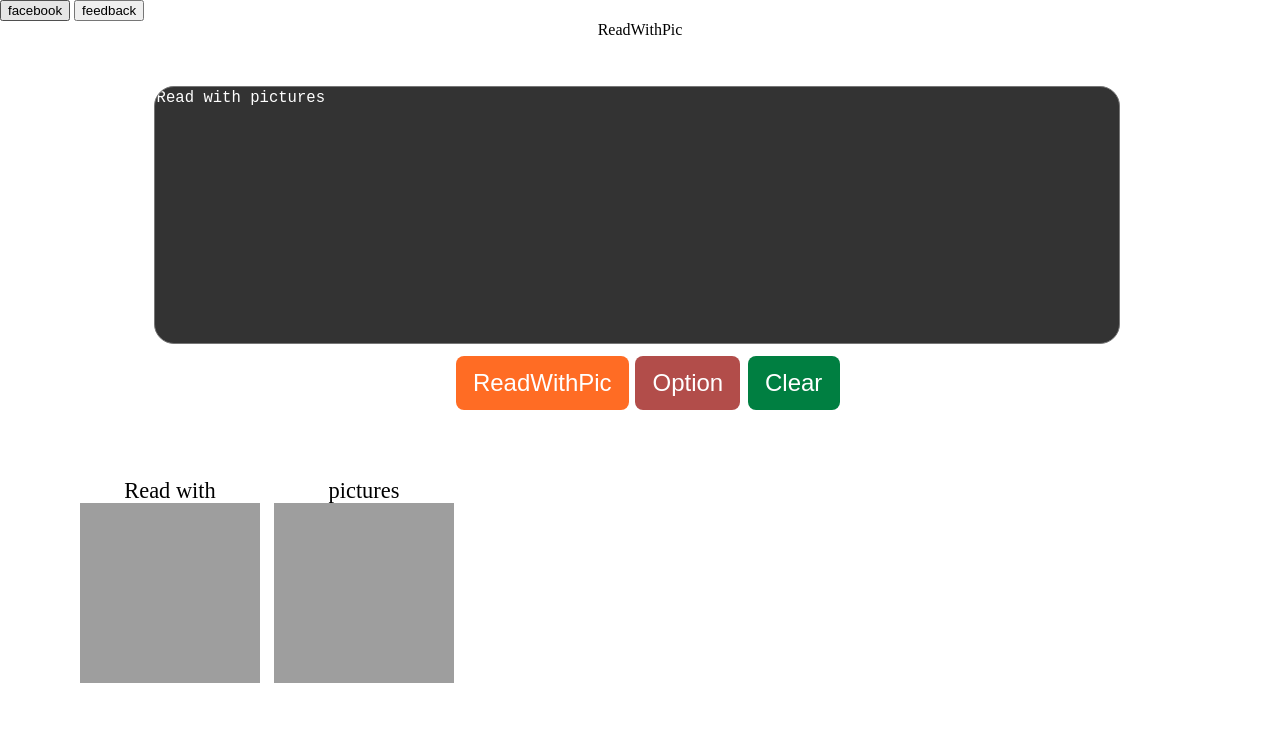
Repository: readwithpic/readwithpic.github.io
Page: index.html
The author's editor kept a record of every edit. The page is drawn from the files as they stood at one moment, then again after the next edit.
The browser window is 1280 px wide. The pictures show the whole page.
Pictures or frames that could not be fetched are drawn as grey boxes. Some web libraries are served in a nearby version.

Above is the page before.
Console error: TypeError: Cannot read properties of undefined (reading 'length')

### index.html
<!DOCTYPE html>
<html>

    <head>
        <meta charset="utf-8">
        <link rel="stylesheet" type="text/css" href="style.css" />
        <script src="https://ajax.googleapis.com/ajax/libs/jquery/2.1.3/jquery.min.js"></script>
        <script type="text/javascript" src="jscript.js"></script>
    </head>

    <body>
        <!-- <button type="button" id="feedback">Feedback</button>-->
        <!--Facebook Code-->
        <div class="social">
            <button type="button" class="facebook" onclick="window.open('https://www.facebook.com/readwithpic','_blank')">facebook
            </button>
            <button type="button" class="feedback"  onclick="window.open('https://www.facebook.com/readwithpic','_blank')">feedback
            </button>
        </div>
        <div class="logo"><a href="http://readwithpic.github.io" class="linkColor">ReadWithPic</a>
        </div>
        <div id="textBox">
            <div>
                <button type="button" id="roundB">
                    <p class="msg">R..</p>
                </button>
                <button type="button" id="closeB">
                    <p class="msg">X</p>
                </button>
            </div>
            <div>
                <textarea rows="10" cols="80" id="textInput" name="texthere">Read with pictures</textarea>
            </div>
            <div class="optionBox">
                <form action="#">
                    <div id="checkboxP">
                        <input type="checkbox" name="option" id="funny">
                        <label for="funny"><span class="cText"> Humour</span></label>
                    </div>
                    <div id="divAni">
                        <input type="checkbox" name="option" id="ani">
                        <label for="ani"><span class="cText">Animation</span></label>
                    </div>
                </form>
            </div>
            <div class="mainGroup">
                <div class="group">
                    <div id="buttonSpin">
                        <div class="spinner">
                            <div class="bounce1"></div>
                            <div class="bounce2"></div>
                            <div class="bounce3"></div>
                        </div>
                    </div>
                    <button type="button" id="convert">ReadWithPic</button>
                    <button type="button" id="option"><span id='optionText'>Option</span><span id='optionClose'>X</span></button>
                    <button type="button" id="clear">Clear</button>
                </div>
            </div>
        </div>
        <div class="front">
            <ul>
                <li class="showIt">
                    <figure>
                        <img src="http://www.auburn.edu/academic/education/reading_genie/navig/read.gif" height=180 width=180>
                        <figcaption>
                            <p class='withPic'>Read with</p>
                        </figcaption>
                    </figure>
                </li>
                <li class="showIt">
                    <figure>
                        <img src="https://pbs.twimg.com/profile_images/425063504039538688/sO0mRdKW.jpeg" height=180 width=180>
                        <figcaption>
                            <p class='withPic'>pictures</p>
                        </figcaption>
                    </figure>
                </li>
            </ul>
        </div>
        <!--debug <button type="button" id="loadme">Load</button>
            <button type="button" id="debug">debug</button>
           -->
        <div id="display">
            <ul>
                <li id="listLoad">
                    <div id="loadingSpin">
                        <div class="spinner">
                            <div class="bounce1"></div>
                            <div class="bounce2"></div>
                            <div class="bounce3"></div>
                        </div>
                    </div>
                </li>
            </ul>
        </div>
        <div><span id="sDebug"> </span><span id="what"></span>
        </div>
    </body>

</html>

### style.css
html, body { height: 100%; width: 100%; margin: 0; }


.logo{
    text-align:center;
    cursor:hand;
}

a:link {
    text-decoration: none;
}

a:visited {

    text-decoration: none;
}

a:hover {
    text-decoration: none;
}

a:active {
    text-decoration: none;

}
.linkColor{
    color:black;
}
#facebook{
   cursor:pointer;
   text-align:center;
   background-color: #3763A8;
   color: white;
   font-size: 1.2em;
   text-decoration: none;
   padding: 0.1% 0.1% ;
   border: none;
}

#facebook:hover{
    background-color:#3b5998;
}

#facebook:active{
    background-color:#3763A8;
}

#feedback{
   cursor:pointer;
   text-align:center;
   background-color: #BF4572;
   color: white;
   font-size: 1.2em;
   text-decoration: none;
   padding: 0.1% 0.1% ;
   border: none;

}

#feedback:hover{
    background-color:#7F2E4C;
}

#feedback:active{
    background-color:#BF4572;
}

.fb-like{
    width:200px;
}

li {
    display: inline-block;
    text-align:center;
    height:250px;
    padding-left:-100px;
}

.showIt{
    display:inline-block;
}

img{
    margin-right:-70px;
    float:left;
    padding:0px 0px 0px 0px;
}

#searchbox {
    width:600px;
    height:200px;
}

p {
 display:inline;
}

.withPic{
    font-size:1.4em;
    position:relative;
    left:35px;
    top:-205px;
    z-index:-1;
}
.onlyText{
 margin-left:4px;
}

#sDebug{
    background-color:brown;
}

#what{
    background-color:red;
}

/*half page div box */
#textBox{
  position:absolute;
  width:100%;
  height:50%;
}

textarea{
    -webkit-overflow-scrolling: touch;
}

#textInput{
    color:white;
    font-size:1.2em;
    position:absolute;
    display:block;
    resize:none;
    top:13%;
    left:12%;
    width:75%;
    height:70%;
    background-color:#333333;
    -moz-border-radius: 10px;
    -webkit-border-radius: 10px;
    border-radius: 20px;

}

#textInput:focus{
  border-color: #FF6C24;
  outline:none;
}

.front{
    position:relative;
    top:60%;
}

.optionBox{
    position:fixed;
    top:14%;
    background-color:#B24D4A;
    width:190px;
    height:90px;
    color:white;
    border-top-right-radius:20px;
    border-bottom-right-radius:20px;
    display:none;
}

#optionText{
    display:block;
}

#optionClose{
   margin-left:28.5px;
   margin-right:26px;
   display:none;
}

.cText{
   font-size:1.5em;
}

input[type=checkbox]
{
  display:inline-bloc;
   margin-left:15px;
   margin-top:15px;
   margin-right:10px;
  /* Double-sized Checkboxes */
  -ms-transform: scale(3); /* IE */
  -moz-transform: scale(3); /* FF */
  -webkit-transform: scale(3); /* Safari and Chrome */
  -o-transform: scale(3); /* Opera */
  padding: 10px;

}

.mainGroup {
    float:left;
    position:relative;
    top:88%;
    left:44%;
}

.group {
    width:215px;
    float:left;
    position:relative;
    left:-50%;
}

#divAni{
    margin-top:10px;
}
#convert  {
    display:inline-block;
    text-align:center;
    background-color: #FF6C24;
   -webkit-border-radius: 8px;
    -moz-border-radius: 8px;
    border-radius: 8px;
     color: white;
   font-size: 1.5em;
   text-decoration: none;
   padding: 6% 8% ;
   border: none;
   }

#convert:hover{
    background-color:#E55900;
}

#convert:active {
   background-color: #993D00;
   }

#convert:disabled{
background-color:#FFAA70;
}

#buttonSpin{
    position:absolute;
    margin-top:10%;
    margin-left:28%;
    display:none;
}

#clear{
    position:absolute;
    display:inline-block;
    margin-left:119px;
    text-align:center;
    background-color: #007F41;
   -webkit-border-radius: 8px;
    -moz-border-radius: 8px;
    border-radius: 8px;
   color: white;
   font-size: 1.5em;
   text-decoration: none;
   padding: 6% 8% ;
   border: none;
   }

#clear:hover {
   background-color:  #00683B;
   }


#clear:active {
   background-color: #007F41;
   }

#option{
    position:absolute;
    margin-left: 6.5px;
    text-align:center;
    background-color:#B24D4A;
   -webkit-border-radius: 8px;
    -moz-border-radius: 8px;
    border-radius: 8px;
   color: white;
   font-size: 1.5em;
   text-decoration: none;
   padding: 6% 8% ;
   border: none;
   }

#option:hover {
   background-color:#B23734;
   }


#option:active {
   background-color:#B24D4A;
   }


#roundB{
  position:fixed;
  top:1.5%;
  right:5%;
  width:50px;
  height:50px;
  background-color: #FF6C24;
  border-radius:50%;
  border: none;
  text-align:center;
  font-size:2em;
  color:white;
  display:none;
}

#roundB:hover{
    background-color:#E55900;
}

#roundB:active {
   background-color: #FF6C24;
   }

#closeB{
  position:fixed;
  top:1.5%;
  right:5%;
  width:50px;
  height:50px;
  background-color:#FF4024;
  border-radius:50%;
  border: none;
  text-align:center;
  font-size:2em;
  display:none;
}

#closeB:hover{
    background-color:#B20A00;
}

#closeB:active {
   background-color:#FF4024;
}

/* Loading */
#listLoad{
  position:relative;
  width:180px;
  height:180px;
  display:none;
}

#loadingSpin{
    position:absolute;
    top:77px;
    left:67px;
    z-index:-2;
}

spinner {
  margin-left:100px;
  width: 70px;
  text-align: center;
}

.spinner > div {
  width: 15px;
  height: 15px;
  background-color: #333;
  border-radius: 100%;
  display: inline-block;
  -webkit-animation: bouncedelay 1.4s infinite ease-in-out;
  animation: bouncedelay 1.4s infinite ease-in-out;
  /* Prevent first frame from flickering when animation starts */
  -webkit-animation-fill-mode: both;
  animation-fill-mode: both;
}

.spinner .bounce1 {
  -webkit-animation-delay: -0.32s;
  animation-delay: -0.32s;
}

.spinner .bounce2 {
  -webkit-animation-delay: -0.16s;
  animation-delay: -0.16s;
}

/* loading end */

@-webkit-keyframes bouncedelay {
  0%, 80%, 100% { -webkit-transform: scale(0.0) }
  40% { -webkit-transform: scale(1.0) }
}

@keyframes bouncedelay {
  0%, 80%, 100% {
    transform: scale(0.0);
    -webkit-transform: scale(0.0);
  } 40% {
    transform: scale(1.0);
    -webkit-transform: scale(1.0);
  }
}

### jscript.js
var link = new Array();
var link2 = new Array();
//looping variables and interger only
var k, j, i, h, startNum, constantV, calNum;
var filterWords = ["is", "are", "all", "another", "any", "anybody", "anyone", "anything", "botheach", "each", "other", "either", "everybody", "everyone", "everything", "few", "he", "her", "hers", "herself", "him", "himself", "his", "it", "its", "itself", "many", "me", "mine", "more", "most", "much", "myself", "neither", "no", "one", "nobody", "none", "nothing", "another", "other", "others", "ours", "ourselves", "several", "she", "some", "somebody", "someone", "something", "their", "theirs", "them", "themselves", "these", "they", "this", "those", "us", "we", "what", "whatever", "which", "whichever", "who", "whoever", "whom", "whomever", "whose", "you", "your", "yours", "yourself", "yourselves", "that", "it's", "time", "person", "year", "way", "day", "thing", "man", "world", "life", "hand", "part", "child", "eye", "woman", "place", "work", "week", "case", "point", "government", "company", "number", "group", "problem", "fact", "be", "have", "do", "say", "get", "make", "go", "know", "take", "see", "come", "think", "look", "want", "give", "use", "find", "tell", "ask", "work", "seem", "feel", "try", "leave", "call", "good", "new", "first", "last", "long", "great", "little", "own", "other", "old", "right", "big", "high", "different", "small", "large", "next", "early", "young", "important", "few", "public", "bad", "same", "able", "to", "of", "in", "for", "on", "with", "at", "by", "from", "up", "about", "into", "over", "after", "beneath", "under", "above", "the", "and", "a", "that", "", "it", "not", "he", "as", "you", "this", "but", "his", "they", "her", "she", "or", "an", "will", "my", "one", "all", "would", "there", "their", "aboard", "about", "above", "across", "after", "against", "along", "amid", "among", "around", "as", "at", "before", "behind", "below", "beneath", "beside", "besides", "between", "beyond", "but", "by", "concerning", "considering", "despite", "down", "during", "except", "excepting", "excluding", "following", "for", "from", "in", "inside", "into", "like", "minus", "near", "of", "off", "on", "onto", "opposite", "outside", "over", "past", "per", "plus", "regarding", "round", "save", "since", "than", "through", "to", "toward", "towards", "under", "underneath", "unlike", "until", "up", "upon", "versus", "via", "with", "within", "without"];
var lastList, textInput, myScroll, loadList, count,option,animation, userInput, cleanSent, search;
var $win, $doc, $list, $textArea, $roundB, $closeB, $buttonSpin, $funny, $ani;

$(document).ready(function () {
    $list = $('li');
    textInput = $('#textInput');
    loadList = $('#listLoad');
    $win = $(window);
    $doc = $(document);
    $textArea = $('textarea');
    $roundB = $('#roundB');
    $closeB = $('#closeB');
    $buttonSpin=$('#buttonSpin');
    $funny=$('#funny');
    $ani=$('#ani');

    //Enable or Disable readwithpic button
    $textArea.keyup(function () {
        if ($(this).val() && $('li').length > 1) {
            $('#readwithpic').removeAttr('disabled');
        } else {
            $('#readwithpic').attr('disabled', 'disabled');
        }
    });

    $('#readwithpic').click(function () {
        //avoid rapid click from user
        $('#readwithpic').attr('disabled', 'disabled');

        //Immediately remove two front pictures
        $('.frontDisplay').remove();

        //textarea animation effect during middle of screen
        if (textInput.height() > 350) {
            $('#textInput').fadeOut('fast');
            $('.mainGroup').fadeOut('fast');
            $closeB.hide();

        //textarea animation effect at home page
        } else {
            $('#textInput').slideUp('fast');
            $('.mainGroup').fadeOut('fast');
        }

        //Option display for humor and animation    ----START--->
        if($funny.is(':checked')){
            option='funny';
        }else{
            option='';
        }

        if($ani.is(':checked')){
            animation='imgtype=animated&';
        }else{
            animation='';
        }

        //Don't show list of option at home page unless user pressed option button
        $('.optionBox').hide();

        //option button text
        $('#optionText').show();

        //hide option button close logo
        $('#optionClose').hide();
        //Option display    ----END----<

        //main brain of textarea    ----START---->
        count = 0;
        h = 0;
        j = 0;
        myScroll = 0;
        // default number of search images to be loaded at first
        startNum = 30;
        //constantV is assigned to calNum to load given number consistant images after each scroll
        calNum = startNum;
        link.length = 0;
        link2.length = 0;
        $('#what').empty();
        $('.onlyText').remove();
        userInput = $('textarea[name=texthere]').val();
        cleanSent = userInput.replace(/\s+/g, ' ');// remove more than 1 space.
        search = cleanSent.split(" ");//seperate each words from the sentence and put in array.
        callAjax(search[j]); //callAjax is the main function to get look for image
        //brain transfer            ----END----<

        //Remove all the lists
        $('li').remove();

        //Display loading sign as a first list element
        $('#display ul').append(loadList);

        //Display loading while ajax request
        loadList.show();

        //small upperight-corner round button
        $roundB.show('fast');
        $buttonSpin.show();
    });

    //Empty textarea
    $('#clear').click(function () {
        $textArea.val('');
    });

    //Option box
    $('#option').click(function() {
        if($('.optionBox').is(':visible')){
            $('.optionBox').hide();
            $('#optionText').show();
            $('#optionClose').hide();
        }else{
            $('.optionBox').show();
            $('#optionText').hide();
            $('#optionClose').show();
        }
    });

    //Text are control(round button)    ---START--->
    $('#roundB').click(function () {
        //display textBox at the middle of screen.
        $('#textInput').css({
            'position': 'fixed',
                'top': '10%',
                'left': '9%',
                'width': '80%',
                'height': '70%'
        });
        $('.mainGroup').css({
            'position': 'fixed',
                'top': '82%'
        });
        $('#textInput').fadeIn('fast');
        $('.mainGroup').fadeIn('fast');
        $('#closeB').show();
        $('.optionBox').css({
            'position': 'fixed',
                'top': '14%',
        });
        $(this).hide();
    });

    //close button
    $('#closeB').click(function () {
        $('#textInput').fadeOut('fast');
        $('.mainGroup').fadeOut('fast');
        $roundB.show();
        $('.optionBox').hide();
         $('#optionText').show();
        $('#optionClose').hide();
        $(this).hide();
    });
    //text are control button   ---END---<


    $win.resize(function () {
        // load the rest of screen if the user reduce the zoom less than 100%
        if (lastList.offset().top < $win.height() && myScroll === 1) {
            myScroll = 1;
            $win.scroll();
        }
    });


    //load additiona pictures when user scroll.
    $win.scroll(function () {
        if ($win.scrollTop() + $win.height() > $doc.height() - $doc.height() / 4 && myScroll === 1 && j < search.length) {
            h = 0;
            //To reuse same Array link2
            link.length = 0;
            link2.length = 0;

            //load number of images after each scroll
            constantV = 10;

            //reintalize the calNum to display given constant number of images accross the screen
            calNum += constantV;
            callAjax(search[j]);
            myScroll = 0;
        } else if (j === search.length) {
            loadList.hide();
        }
    });

    //dubugging zone
    $('#debug').click(function () {
        $('#sDebug').append('<br>' + "Linklength1 : " + link.length + '<br>');
        $('#sDebug').append("Linklength2 : " + link2.length + '<br>');
        $("#sDebug").append("dubug j value :" + j + '<br>');
        $('#sDebug').append("dubug i value:" + i + '<br>');
        $('#sDebug').append("dubug count value:" + count + '<br>');
        $('#sDebug').append("dubug k value:" + k + '<br>');
    });
});

function callAjax(index) {
    var choice,animationPic;
    var rand=Math.floor(Math.random() * 3);

    if( rand === 1 && option==='funny'){
        choice='funny';
    }else{
        choice='';
    }

    if((rand === 1 || rand === 2) && animation === 'imgtype=animated&'){
        animationPic = 'imgtype=animated&';
    }else{
        animationPic = '';
    }

    var look = new URL('https://ajax.googleapis.com/ajax/services/search/images?v=1.0&safe=active&' + animationPic + 'q=' + choice + index + '&callback=?');
    $.ajax({
        url:look,
        dataType: 'json',
        success: function (data) {
            if (data.responseData.results.length === 0) {
                if (j < startNum) {
                    link[j] = "http://upload.wikimedia.org/wikipedia/commons/9/98/MA_Route_blank.svg";
                    j++;
                } else {
                    link2[h] = "http://upload.wikimedia.org/wikipedia/commons/9/98/MA_Route_blank.svg";
                    j++;
                    h++;
                }
            } else {
                if (j < startNum) {
                    link[j] = data.responseData.results[0].url;
                    j++;
                } else {
                    link2[h] = data.responseData.results[0].url;
                    j++;
                    h++;
                }
            }
            //checked against the calNum to make sure it doesn't load images more then startNum(default number of images to be load at first)
            if (j < search.length && j < calNum) {
                callAjax(search[j]);
            } else {
                show();
            }
        }
    });
}

//function do display first 30 words
function show() {
    var loopNum;
    i = 0;

    //slideUp or fadeOut the textarea and button
    if (count === 0) {
        for (i; i < j; i++) {;
            //indexOf(search[j]) returns -1 if the value is not present inside array search[j];
            //check if search[j] is not the first html list element
            if (filterWords.indexOf(search[i]) !== -1 && $list.length > 0) {
                $('.withPic').last().append('<p class=onlyText>' + search[i] + '</p>');
            } else {
                $('#display ul').append('<li class="showIt">' + '<figure>' + '<img src="' + link[i] + '" height=180 width=180>' +
                    '<figcaption>' + '<p class=withPic>' + search[i] + '</p>' + '</figcaption>' + '</figure>' + '</li>');
            }
        }
        $buttonSpin.hide();

        //get the last list element
        lastList = $('li:last').attr('class', 'showIt');

        //always put the loading at the last element
        $('#display ul').append(loadList);

        //disable this for loop
        count = 1;

        //initiate scroll
        myScroll = 1;

        //for bigger bigger resolution or screen to load more list element than intiated max startNum value
        if (lastList.offset().top < $win.height()) {
            $win.scroll();
        }
    } else {
        k = 0;
        //to run the loop if the value of constantV is less then link2.length.
        if (link2.length < constantV) {
            i = j - link2.length;
            loopNum = i + link2.length;
            //$('#what').append('<br>' + 'insideLOOPNUM: ' + loopNum);
            //Once value of j arrives here it'll be orginal value + constantV because callAjax function have already run twice
        } else {
            i = j - constantV;
            loopNum = i + constantV;
        }
        for (i; i < loopNum; i++) {
            //indexOf(search[j]) returns -1 if the value is not present inside array search[j];
            //check if search[j] is not the first html list element
            if (filterWords.indexOf(search[i]) !== -1 && $list.length > 0) {
                $('.withPic').last().append('<p class=onlyText>' + search[i] + '</p>');
            } else {
                $('#display ul').append('<li class="showIt">' + '<figure>' + '<img src="' + link2[k] + '" height=180 width=180>' +
                    '<figcaption>' + '<p class=withPic>' + search[i] + '</p>' + '</figcaption>' + '</figure>' + '</li>');
            }
            k++;
            //for debug purposes
            // $('#what').append('<br>' + 'insideIvalue: ' + i);
            // $('#what').append('<br>' + 'insideKvalue: ' + k);
            // $('#what').append('<br>' + 'insideJvalue: ' + j);
        }

        $('#display ul').append(loadList);

        myScroll = 1;

        if (lastList.offset().top < $win.height()) {
            $win.scroll();
        }
    }
}

After the next edit:
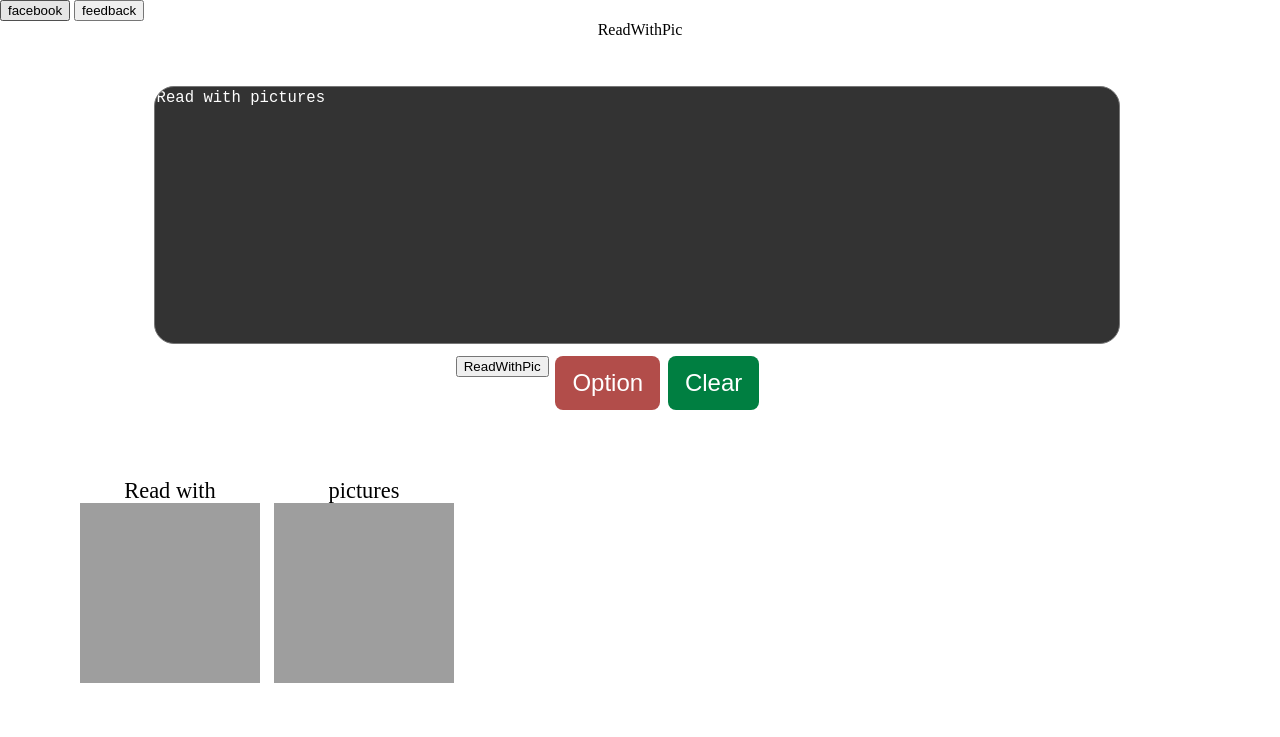
The edit:
--- a/style.css
+++ b/style.css
@@ -210,7 +210,7 @@
 #divAni{
     margin-top:10px;
 }
-#convert  {
+#readwithpic  {
     display:inline-block;
     text-align:center;
     background-color: #FF6C24;
@@ -224,15 +224,15 @@
    border: none;
    }
 
-#convert:hover{
+#readwithpic:hover{
     background-color:#E55900;
 }
 
-#convert:active {
+#readwithpic:active {
    background-color: #993D00;
    }
 
-#convert:disabled{
+#readwithpic:disabled{
 background-color:#FFAA70;
 }
 
